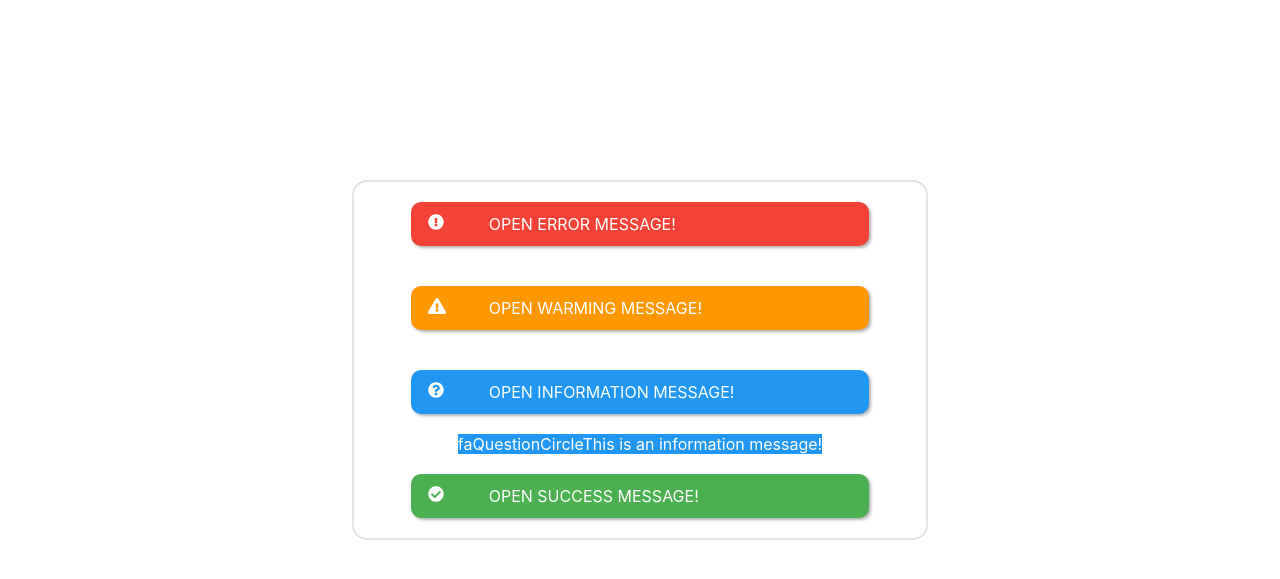
Repository: KrzysKolo/sr_tydzien5_zad2
Page: /, after clicking the first element matching `div.wrapper--btn > :nth-child(3)`
An editor plug-in stored every save of this project. The page is shown before and after the next save, followed by the edit.
The browser window is 1280 px wide. The pictures show the whole page.
The project was rebuilt for these pictures with package versions that can differ from the ones it lists, and the page was loaded fresh each time.

Above is the page before, as saved 2020-12-28 03:33:30.

After the next save:
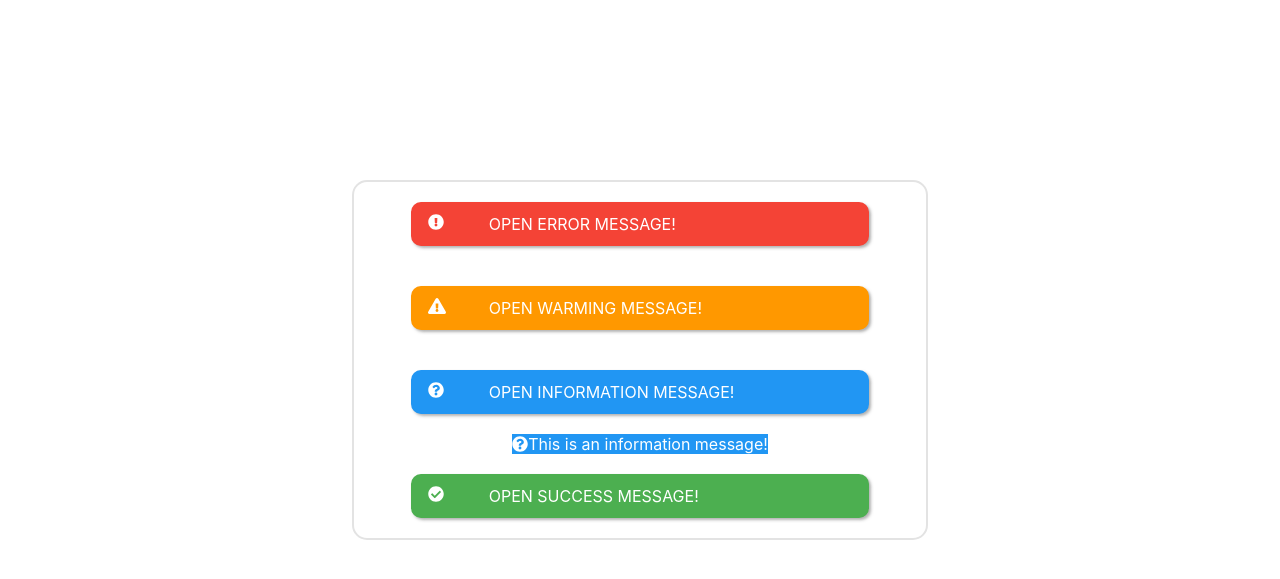
Saved 112 s later.
--- a/src/components/Snackbar.js
+++ b/src/components/Snackbar.js
@@ -1,9 +1,9 @@
 import React from 'react';
-
+import Icons from './Icons';
 const Snackbar = ({type, message, icon}) => {
     return (
         <div className={`${type}`}>
-           {icon}{message}
+           <Icons icon={icon} />{message}
         </div>
     )
 }
